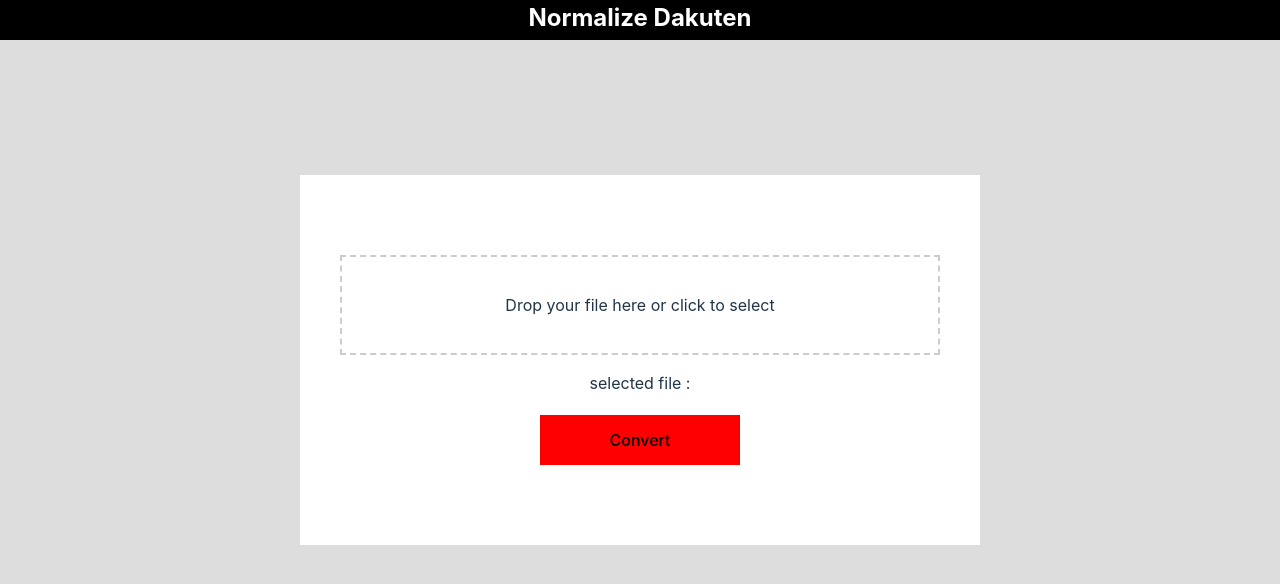
Repository: CatHandsService/normalize_dakuten
Page: / (app in front/)
These files come from the project's save history. The page is drawn as it stood at one moment and after the next save; the edit follows.
The browser window is 1280 px wide. The pictures show the whole page.
The project was rebuilt for these pictures with package versions that can differ from the ones it lists, and the page was loaded fresh each time. Also part of the build but not shown: front/vite.config.ts.

Above is the page before, as saved 2024-01-27 16:59:28.

After the next save:
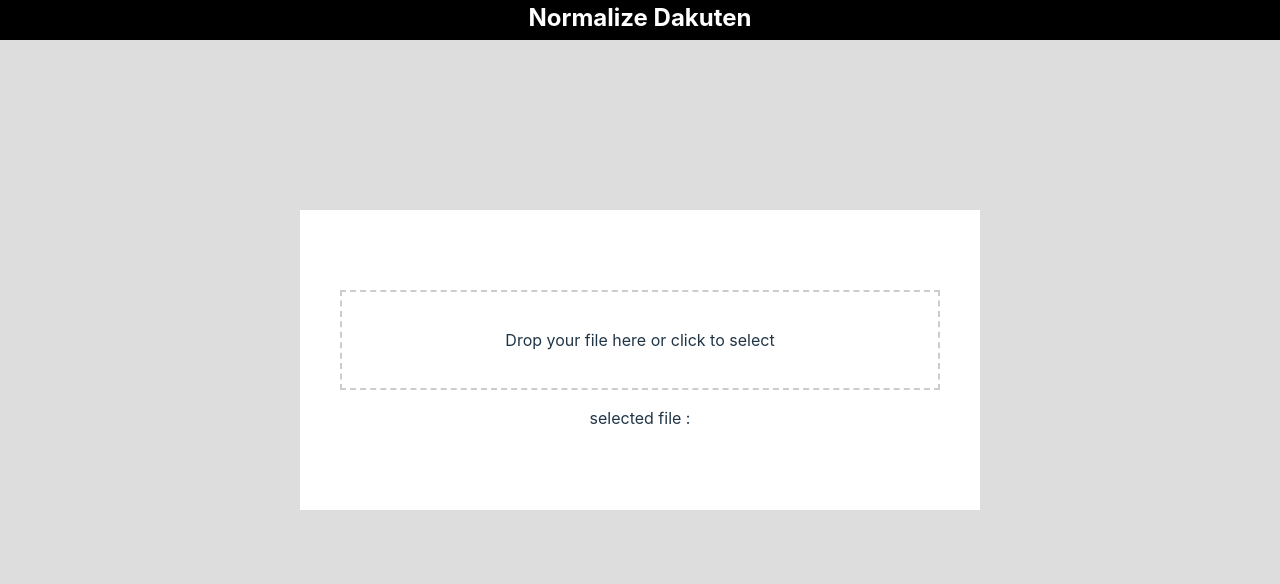
Saved 60 s later.
--- a/front/src/App.tsx
+++ b/front/src/App.tsx
@@ -10,7 +10,6 @@ function App() {
       <Header />
       <div className='container'>
         <ImportFile />
-        <Convert />
       </div>
     </div>
   )

After the 2 saves that followed:
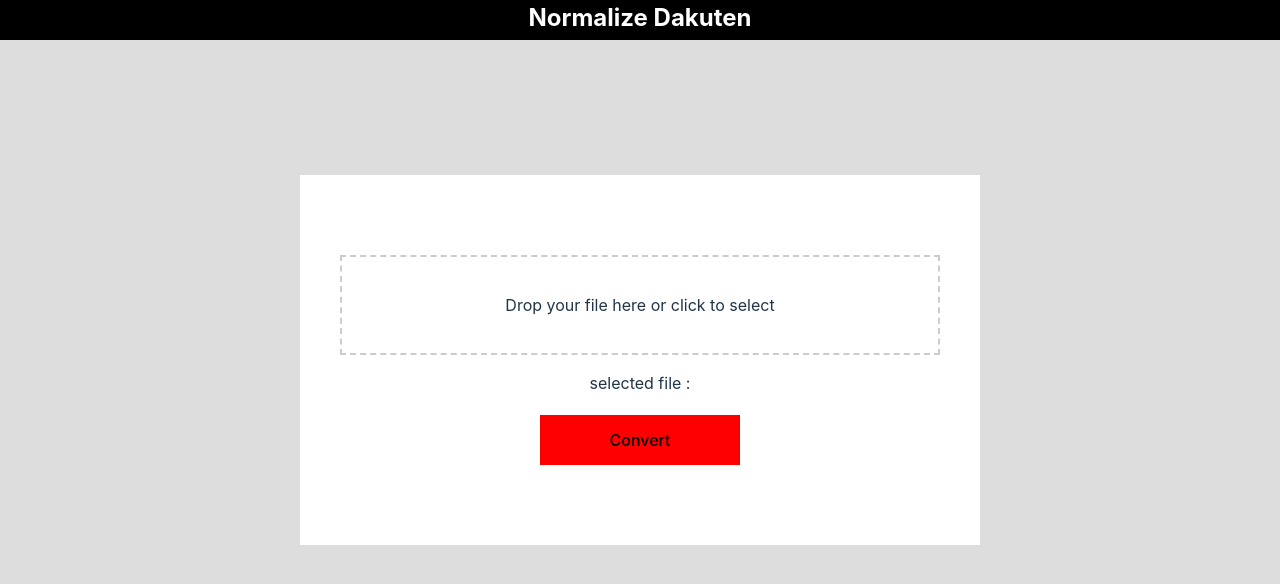
The 2 saves are shown as one change because 1 left the picture as it was.
The last was saved 33 s later.
--- a/front/src/App.tsx
+++ b/front/src/App.tsx
@@ -1,7 +1,6 @@
 import './App.css'
 import { Header } from './components/Header'
 import { ImportFile } from './components/ImportFile'
-import { Convert } from './components/Convert'
 
 function App() {
 
--- a/front/src/components/ImportFile.tsx
+++ b/front/src/components/ImportFile.tsx
@@ -1,6 +1,7 @@
 import '../App.css'
 import React, { useCallback, useState } from 'react';
 import { useDropzone } from 'react-dropzone';
+import { Convert } from './Convert';
 
 export const ImportFile = () => {
   const [selectedFile, setSelectedFile] = useState<File | null>(null);
@@ -56,6 +57,7 @@ export const ImportFile = () => {
         }
       </div>
       <p className='message'>selected file : {fileName}</p>
+      <Convert />
     </div>
   );
 };
